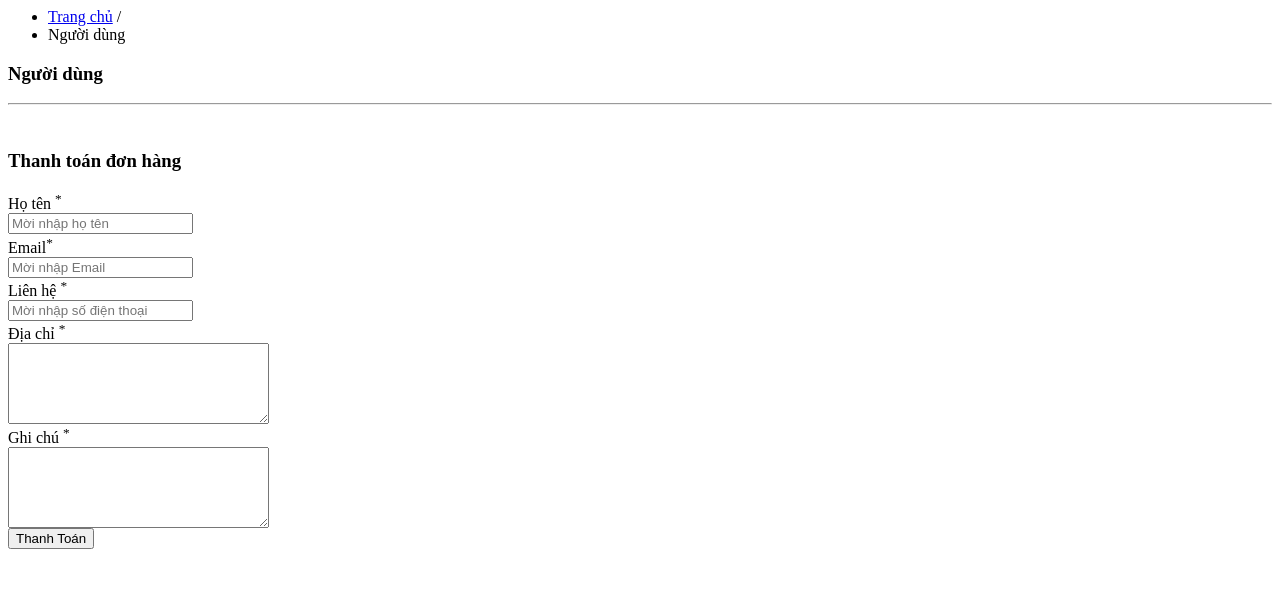
Repository: lalatina1909/SneakerShop
Page: http://localhost/SneakerShop/WEB-INF/views/user/bills/checkout.jsp
An editor plug-in stored every save of this project. The page is shown before and after the next save, followed by the edit.
The browser window is 1280 px wide. The pictures show the whole page.
The page is served by Tomcat 9. Nobody is signed in. The template is opened directly, without the code that normally fills it, so the values that code supplies are empty.

Above is the page before, as saved 2023-04-02 19:41:36.

After the next save:
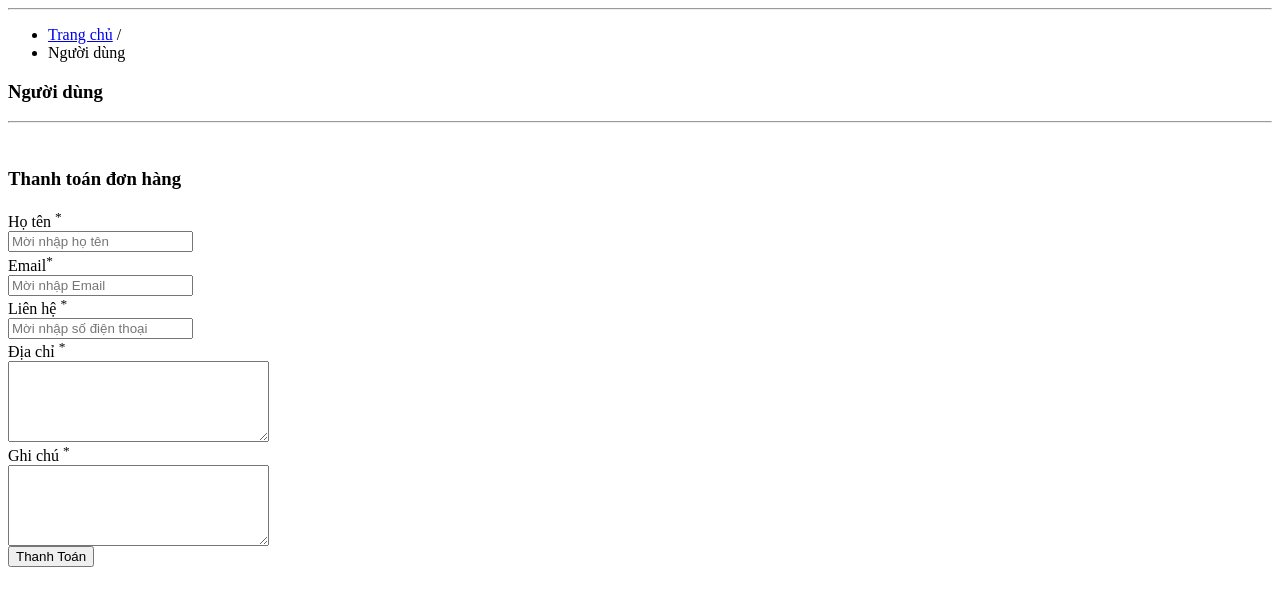
Saved 14 s later.
--- a/SneakerShop/src/main/webapp/WEB-INF/views/user/bills/checkout.jsp
+++ b/SneakerShop/src/main/webapp/WEB-INF/views/user/bills/checkout.jsp
@@ -5,7 +5,8 @@
 <title>Thanh Toán</title>
 <body>
 <div class="row">
-
+			<div id="sidebar" class="span3">
+			<hr class="soft" />
 			</div>
 			<div class="span9">
 			<ul class="breadcrumb">

After the save that followed:
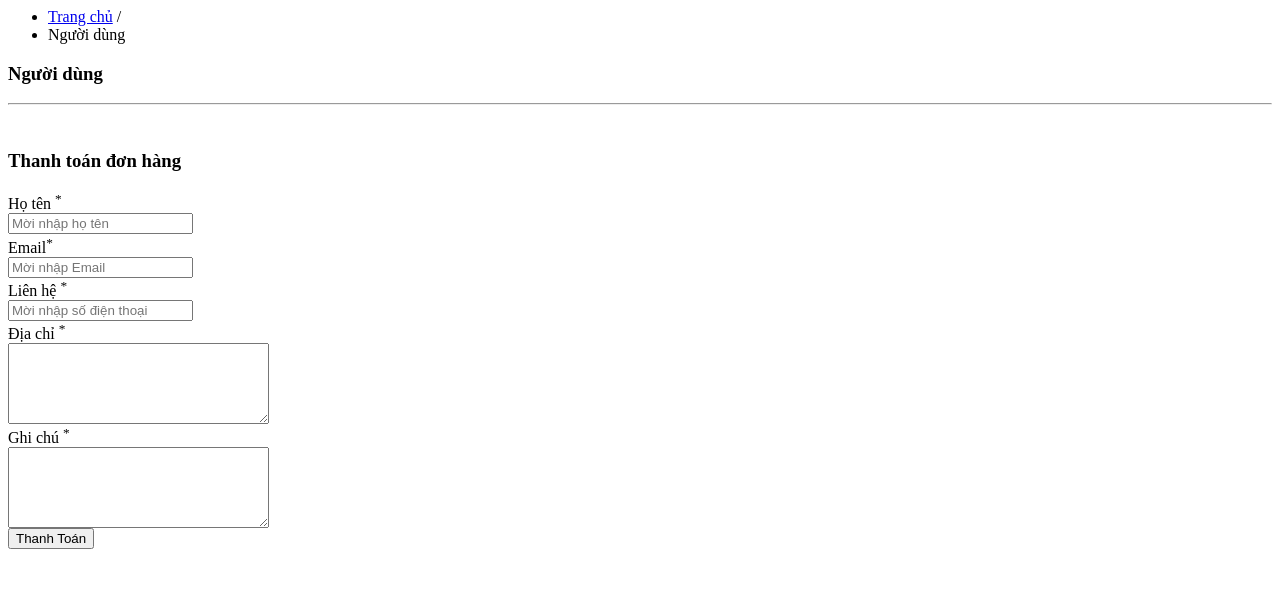
Saved 17 s later.
--- a/SneakerShop/src/main/webapp/WEB-INF/views/user/bills/checkout.jsp
+++ b/SneakerShop/src/main/webapp/WEB-INF/views/user/bills/checkout.jsp
@@ -6,7 +6,6 @@
 <body>
 <div class="row">
 			<div id="sidebar" class="span3">
-			<hr class="soft" />
 			</div>
 			<div class="span9">
 			<ul class="breadcrumb">
